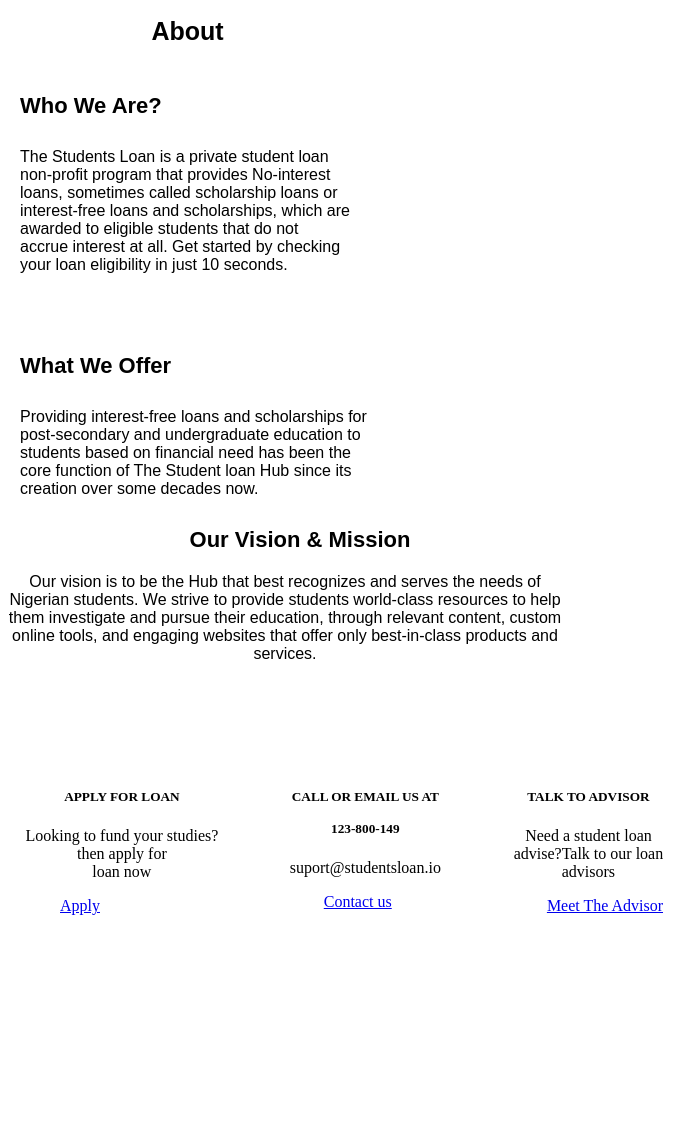
Repository: Tobby004/basic-loanweb
Page: about.html
The author's editor kept a copy of each file at every save. The page is drawn from the files as they stood at one save, then again after the next save.
The browser window is 375 px wide. The page is 690 px wide, so the pictures cover 690 px, including what lies to the right of the window. The pictures show the whole page.

Above is the page before, as saved 2023-07-05 09:06:37.

After the next save:
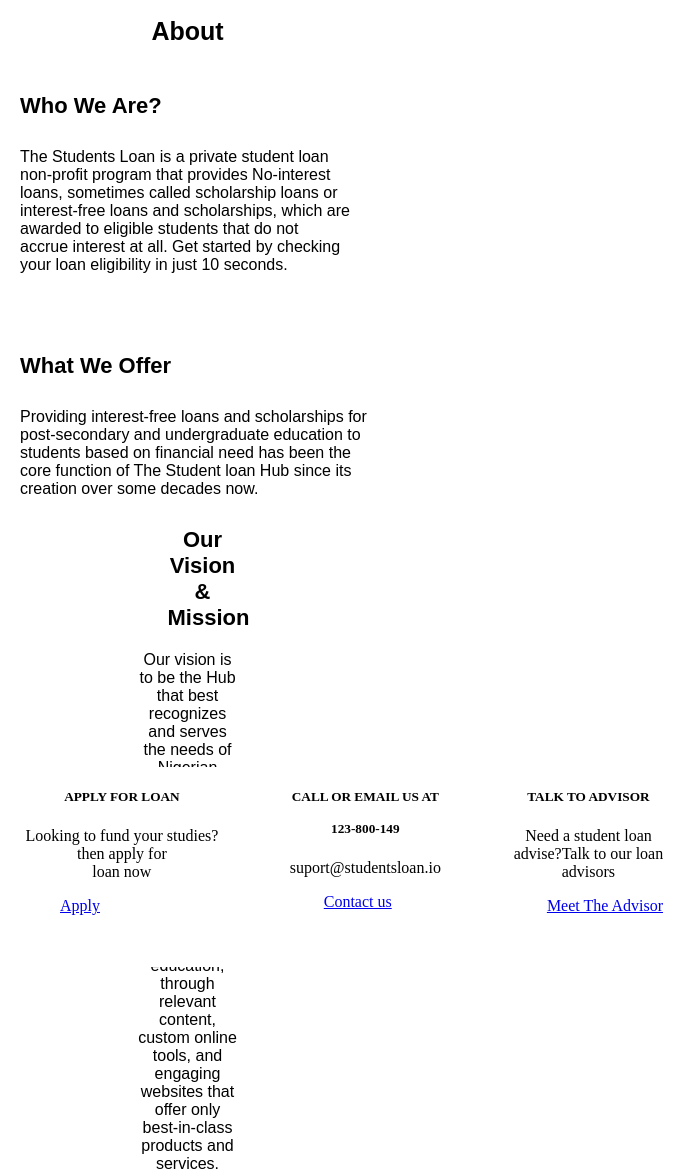
Saved 71 s later.
--- a/about.css
+++ b/about.css
@@ -115,6 +115,9 @@ h1 {
         height: 230px;
         background: white;
       }
-
+      .box {
+        display: block;
+        width: 100px;
+      }
 
 }
